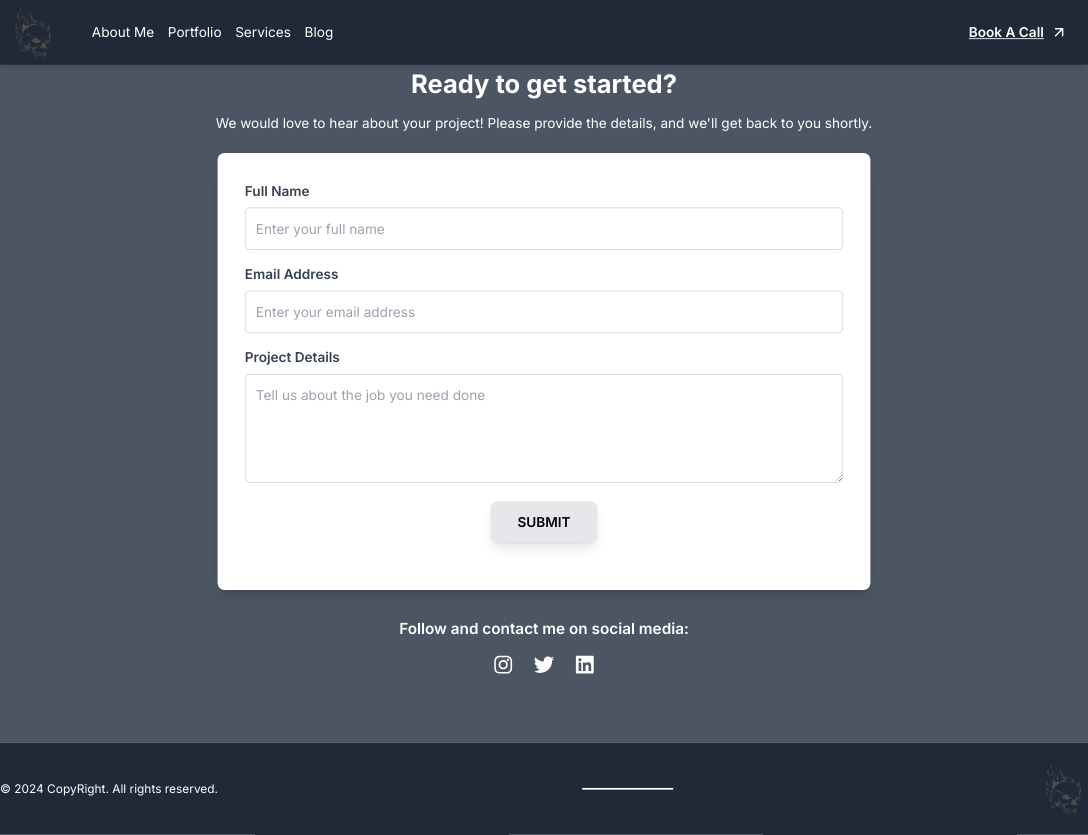
Repository: TheSecretlifeOfX/landing1
Page: /CallToAction
An editor plug-in stored every save of this project. The page is shown before and after the next save, followed by the edit.
The browser window is 1280 px wide. The pictures show the whole page, at 85% of full size.
The project was rebuilt for these pictures with package versions that can differ from the ones it lists, and the page was loaded fresh each time. The framework's server and built-in components were replaced by stand-ins that run in the browser. Also part of the build but not shown: next.config.js.

Above is the page before, as saved 2024-11-16 08:43:40.

After the next save:
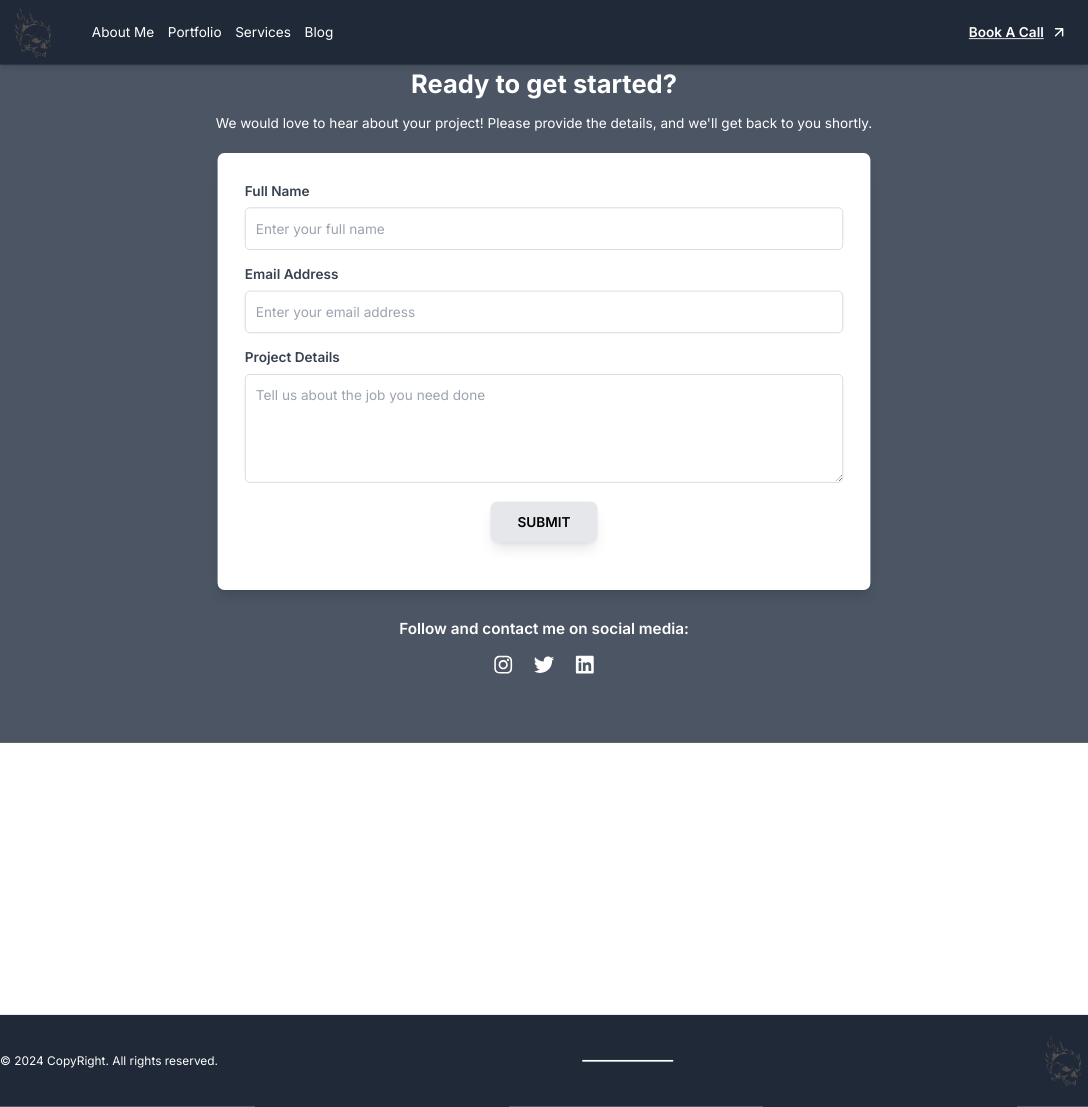
Saved 18 s later.
--- a/app/components/CallToAction.tsx
+++ b/app/components/CallToAction.tsx
@@ -3,7 +3,7 @@ import { FaInstagram, FaTwitter, FaLinkedin } from 'react-icons/fa'; // Import i
 
 export default function CallToAction() {
   return (
-    <section id="contact" className="py-20 text-center bg-gray-600 text-white mt-[-90]">
+    <section id="contact" className="py-20 text-center bg-gray-600 text-white mt-[-90] mb-80">
       <h2 className="text-3xl font-bold mb-4">Ready to get started?</h2>
       <p className="mb-6">We would love to hear about your project! Please provide the details, and we'll get back to you shortly.</p>
 
